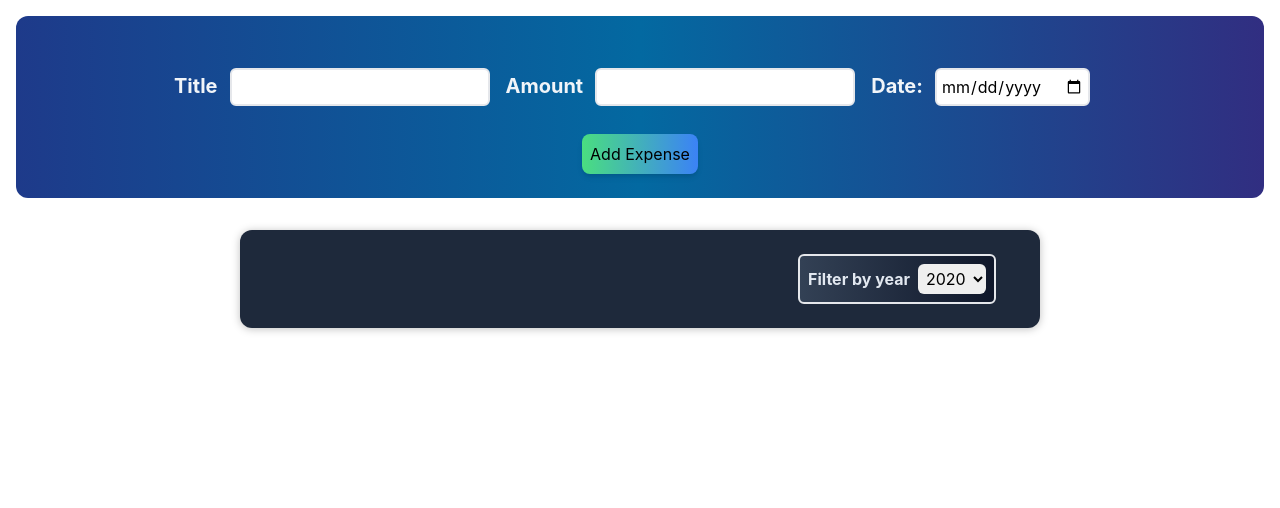
Repository: Sef24/expense-tracker
Page: /
The author's editor kept a copy of each file at every save. The page is drawn from the files as they stood at one save, then again after the next save.
The browser window is 1280 px wide. The pictures show the whole page.
The project was rebuilt for these pictures with package versions that can differ from the ones it lists, and the page was loaded fresh each time. Also part of the build but not shown: src/components/NewExpense/NewExpense.css, src/components/NewExpense/ExpenseForm.css.

Above is the page before, as saved 2022-05-03 15:12:47.

After the next save:
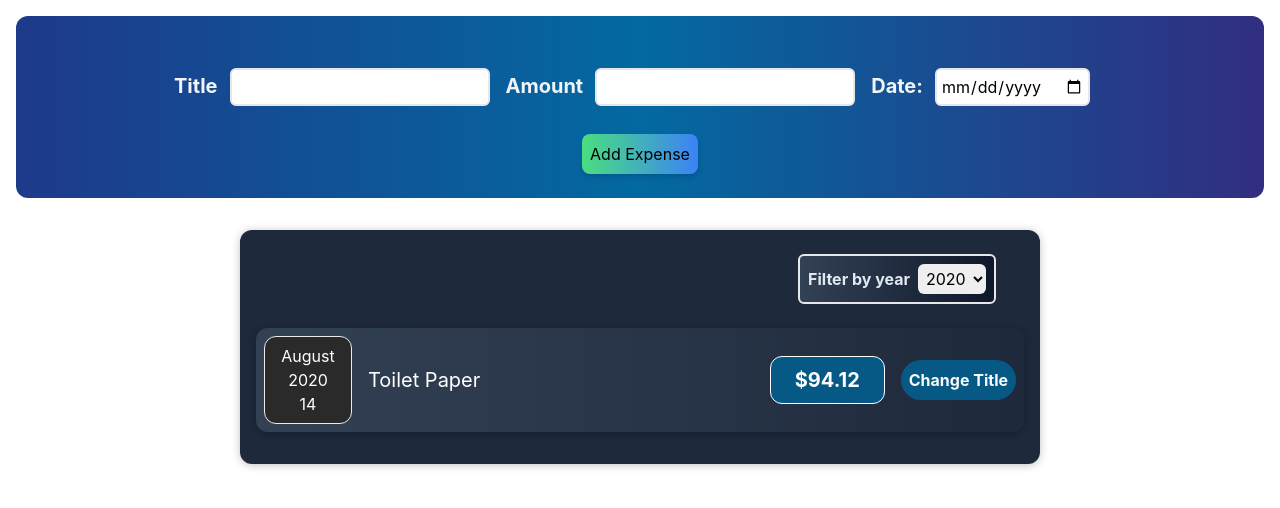
Saved 105 s later.
--- a/src/components/Expenses.js
+++ b/src/components/Expenses.js
@@ -11,7 +11,7 @@ function Expenses(props) {
   };
 
   const filteredExpenses = props.items.filter((expense) => {
-    return expense.date.getFullYear() === filteredYear;
+    return expense.date.getFullYear().toString() === filteredYear;
   });
 
   return (

After the 4 saves that followed:
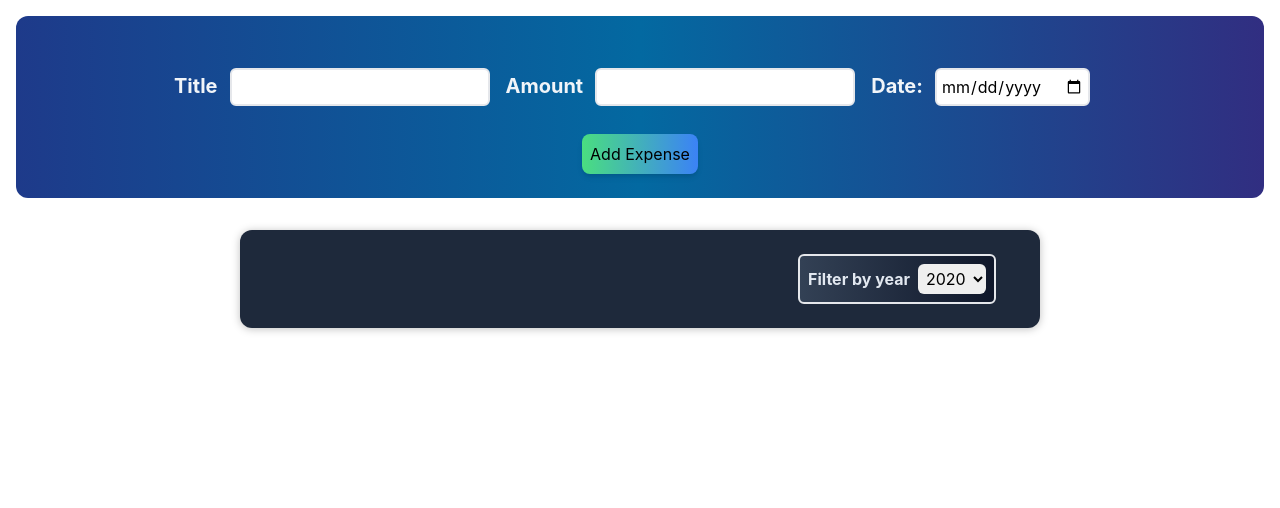
The 4 saves are shown as one change because 3 did not build or start.
The last was saved 7 min 29 s later.
--- a/src/components/Expenses.js
+++ b/src/components/Expenses.js
@@ -21,14 +21,19 @@ function Expenses(props) {
           selected={filteredYear}
           onChangeFilter={filterChangeHandler}
         />
-        {filteredExpenses.map((expense) => (
-          <ExpenseItem
-            key={expense.id}
-            title={expense.title}
-            amount={expense.amount}
-            date={expense.date}
-          />
-        ))}
+
+        {filteredExpenses.length === 0 ? (
+          <p>You don't have any expenses</p>
+        ) : (
+          filteredExpenses.map((expense) => {
+            <ExpenseItem
+              key={expense.id}
+              title={expense.title}
+              amount={expense.amount}
+              date={expense.date}
+            />;
+          })
+        )}
       </div>
     </div>
   );
